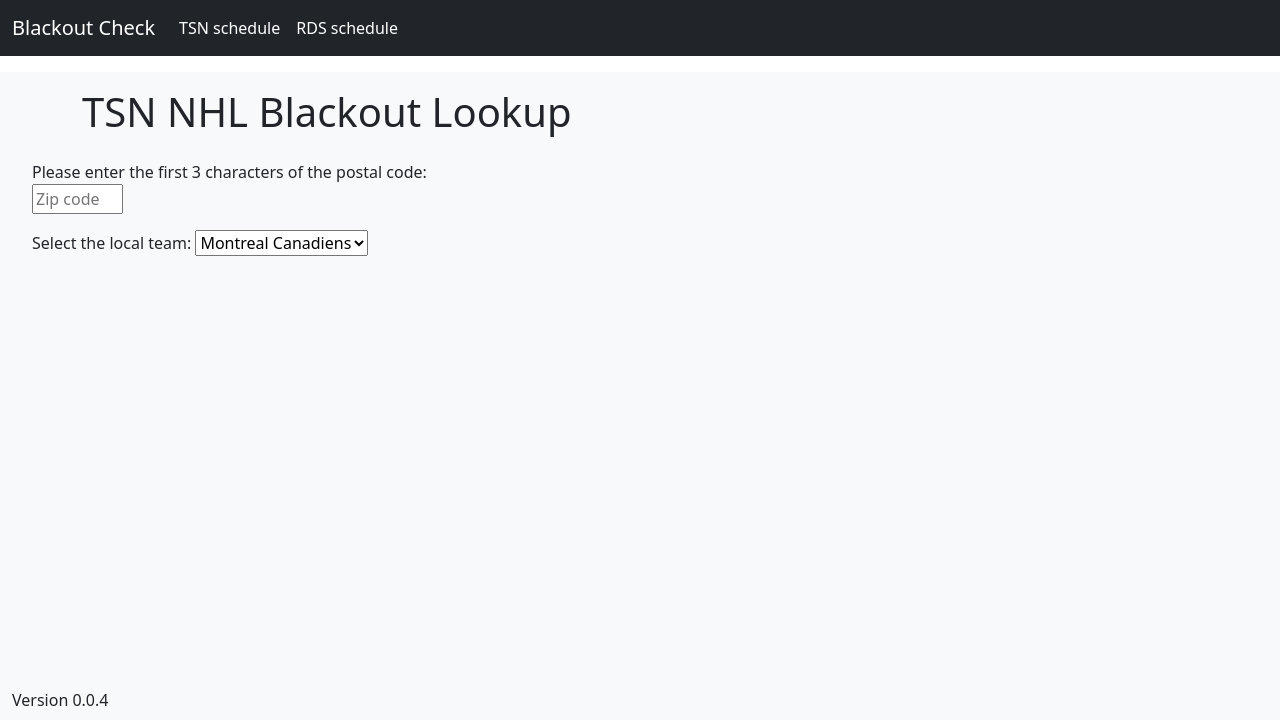
Repository: teban004/blackoutCheck
Page: index.html
An editor plug-in stored every save of this project. The page is shown before and after the next save, followed by the edit.
The browser window is 1280 px wide. The pictures show the whole page.

Above is the page before, as saved 2022-01-14 16:11:14.

### index.html
<!DOCTYPE html>
<html lang="en">
<head>
	<meta charset="UTF-8">
	<meta http-equiv="X-UA-Compatible" content="IE=edge">
	<meta name="viewport" content="width=device-width, initial-scale=1.0">
	<title>Blackout Check</title>
	<!-- favicon -->
	<link rel="icon" href="https://www.tsn.ca/content/dam/sports/images/favicon/tsn/favicon.ico" type="image/x-icon" sizes="16x16 32x32 48x48">
	<!-- CSS Section-->
	<link href="https://cdn.jsdelivr.net/npm/bootstrap@5.1.3/dist/css/bootstrap.min.css" rel="stylesheet" integrity="sha384-1BmE4kWBq78iYhFldvKuhfTAU6auU8tT94WrHftjDbrCEXSU1oBoqyl2QvZ6jIW3" crossorigin="anonymous">

	<link rel="stylesheet" href="https://cdnjs.cloudflare.com/ajax/libs/font-awesome/4.7.0/css/font-awesome.min.css">

	<link rel="stylesheet" href="./Content/app.css">

</head>
<body class="d-flex flex-column">

	<header>
		<nav class="navbar navbar-expand-lg navbar-dark bg-dark">
			<div class="container-fluid">
				<a class="navbar-brand" href="#">Blackout Check</a>
				<button class="navbar-toggler" type="button" data-bs-toggle="collapse" data-bs-target="#navbarSupportedContent" aria-controls="navbarSupportedContent" aria-expanded="false" aria-label="Toggle navigation">
					<span class="navbar-toggler-icon"></span>
				</button>
				<div class="collapse navbar-collapse" id="navbarSupportedContent">
					<ul class="navbar-nav ml-auto mb-2 mb-lg-0">
						<li class="nav-item">
							<a class="nav-link active" aria-current="page" href="https://www.tsn.ca/live/schedule" target="blank">TSN schedule</a>
						</li>
						<li class="nav-item">
							<a class="nav-link active" aria-current="page" href="https://www.rds.ca/emissions/horaire?axisVideoId=68996" target="blank">RDS schedule</a>
						</li>
					</ul>
				</div>
			</div>
		</nav>
	</header>

	<main class="container-fluid flex-fill p-3 my-3 bg-light text-dark">
		<div class="container">
			<h1>TSN NHL Blackout Lookup</h1>
		</div>
		<div class="row">
			<div class="col-md-5">
				<div class="container p-3">
					<p>
						Please enter the first 3 characters of the postal code:
						<input type="text" name="zipCode" id="zipCode" maxlength="3" size="4" placeholder="Zip code">
					</p>
					<p>
						Select the local team:
						<select name="team" id="team">
							<option value="Canadiens">Montreal Canadiens</option>
							<option value="Leafs">Toronto Leafs</option>
							<option value="Senators">Ottawa Senators</option>
							<option value="Jets">Winnipeg Jets</option>
						</select>
					</p>
				</div>
			</div>
			<div class="col-md-8">
				<div id="result"></div>
			</div>
		</div>
	</main>

	<footer>
		<nav class="navbar fixed-bottom navbar-secondary bg-light">
			<div class="container-fluid">
				<h7>Version 0.0.4</h7>
			</div>
		</nav>
	</footer>

	<!-- JavaScript Section-->
	<script src="https://cdn.jsdelivr.net/npm/bootstrap@5.1.3/dist/js/bootstrap.bundle.min.js" integrity="sha384-ka7Sk0Gln4gmtz2MlQnikT1wXgYsOg+OMhuP+IlRH9sENBO0LRn5q+8nbTov4+1p" crossorigin="anonymous"></script>

	<script src="./Scripts/app.js"></script>

</body>
</html>

### Content/app.css
/* custom css goes here */
body {
	min-height:100vh;
 }

 .flex-fill {
	flex:1 1 auto;
 }

### Scripts/app.js
/* custom scripts go here */

(function()
{

	// initialization function. Made it asynchronous so the text files can be loaded asynchronously
	async function Start()
	{
		// sending this message on the console just to know that this file has been loaded correctly and it's executing JavaScript
		console.log("App started...");

		// asynchronous function that loads a text file and returns the content as a string
		async function loadPostalCodes(fileLocation) {
			let response = await fetch(fileLocation);
			if( response.status != 200 ) {
				throw new Error("Couldn't fetch the file: " + fileLocation);
			}
			let retrievedString = await response.text();
			return retrievedString;
		}

		// load the zip codes from the source files
		console.log("Starting to load postal codes...");
		let fileName = "./Content/canadiens.csv";
		let text_data = await loadPostalCodes(fileName);
		let codesCanadiens = text_data.split('\n').map(elem => elem.trim()); // splits the text into array elements and trims each one of the elements
		fileName = "./Content/jets.csv";
		text_data = await loadPostalCodes(fileName);
		let codesJets = text_data.split('\n').map(elem => elem.trim()); // splits the text into array elements and trims each one of the elements
		fileName = "./Content/leafs.csv";
		text_data = await loadPostalCodes(fileName);
		let codesLeafs = text_data.split('\n').map(elem => elem.trim()); // splits the text into array elements and trims each one of the elements
		fileName = "./Content/senators.csv";
		text_data = await loadPostalCodes(fileName);
		let codesSenators = text_data.split('\n').map(elem => elem.trim()); // splits the text into array elements and trims each one of the elements

		console.log("Finished loading postal codes.");

		// function that checks if a zip code is valid or not (only the first 3 digits)
		let validZipCode = function(zipCode) {
			let regex = new RegExp(/^[A-Z]\d[A-Z]$/i);
			if ( zipCode.length == 3 && regex.test(zipCode))
				return true;  // returns true only when the zipCode complies with the regular expression
			else
				return false;
		};

		// function that checks if a zipCode is in blackout or not
		let checkBlackout = function(zipCode, team) {

			// get a reference to the HTML element with id=result
			let result = document.getElementById("result");

			if ( validZipCode(zipCode) ) {
				let textBlocked = "blocked.<br>Due to NHL blackout rules, you are not authorized to view this game in your current location. If you want to view games out of your local region and are a BellTV subscriber, please contact BellTV to subscribe to NHL Centre Ice.</p>";
				let textNotBlocked = "NOT blocked.<br>Check the customer's IP address if they are still unable to view the game. Lookup the IP to make sure that it is within the team's local region.</p>";

				messageTxt = "<p>For zip codes starting with: <b>" + zipCode + "</b></p><p>The <b>" + team + "</b> games are ";

				// check the blackout constraint according to the selected team
				switch( team ) {
					case "Leafs":
						if ( codesLeafs.includes(zipCode) ) {
							result.className = "alert alert-warning";
							messageTxt += textBlocked;
						} else {
							result.className = "alert alert-success";
							messageTxt += textNotBlocked;
						}
						break;
					case "Canadiens":
						if ( codesCanadiens.includes(zipCode) ) {
							result.className = "alert alert-warning";
							messageTxt += textBlocked;
						} else {
							result.className = "alert alert-success";
							messageTxt += textNotBlocked;
						}
						break;
					case "Senators":
						if ( codesSenators.includes(zipCode) ) {
							result.className = "alert alert-warning";
							messageTxt += textBlocked;
						} else {
							result.className = "alert alert-success";
							messageTxt += textNotBlocked;
						}
						break;
					case "Jets":
						if ( codesJets.includes(zipCode) ) {
							result.className = "alert alert-warning";
							messageTxt += textBlocked;
						} else {
							result.className = "alert alert-success";
							messageTxt += textNotBlocked;
						}
						break;
				}
				result.innerHTML = messageTxt;
			}
			else {
				result.className = "alert alert-danger";
				result.innerHTML = "<p>There are no valid zip codes starting with '<b>" + zipCode + "</b>'. Please check and try again providing the first 3 characters of the zip code.</p>";
			}
		}; // end of checkBlackout

		// get a reference to the HTML element with id=zipCode
		let zipCodeTxtField = document.getElementById("zipCode");

		let isZipCodeComplete = function(zipCode) {
			if (zipCode.length >= 3)
				return true;
			else
				return false;
		}

		// add an event listener for every key pressed on the zipCode text field
		zipCodeTxtField.addEventListener("keyup", () => {
			// get the value from the zipCode txt field, and change it to uppercase
			let zipCode = document.getElementById("zipCode").value.toUpperCase();

			if( zipCode.length>2 ) {
				// get a reference to the HTML element with id=team
				let team = document.getElementById("team").value;

				checkBlackout(zipCode, team);
			}
			else {
				// get a reference to the HTML element with id=result
				let result = document.getElementById("result");

				// clear the result box
				result.className = "";
				result.innerHTML = "";
			}
		});

		// get a reference to the HTML element with id=team
		let teamInputSelect = document.getElementById("team");

		// add an event listener for every change on the team select
		teamInputSelect.addEventListener("change", () => {
			// get the value from the zipCode txt field, and change it to uppercase
			let zipCode = document.getElementById("zipCode").value.toUpperCase();

			if( zipCode.length>2 ) {
				// get a reference to the HTML element with id=team
				let team = document.getElementById("team").value;

				checkBlackout(zipCode, team);
			}
		});


	} // end of Start()

	// event listener, when the window has finished loading, it calls the Start function
	window.addEventListener("load", Start)

})();

After the next save:
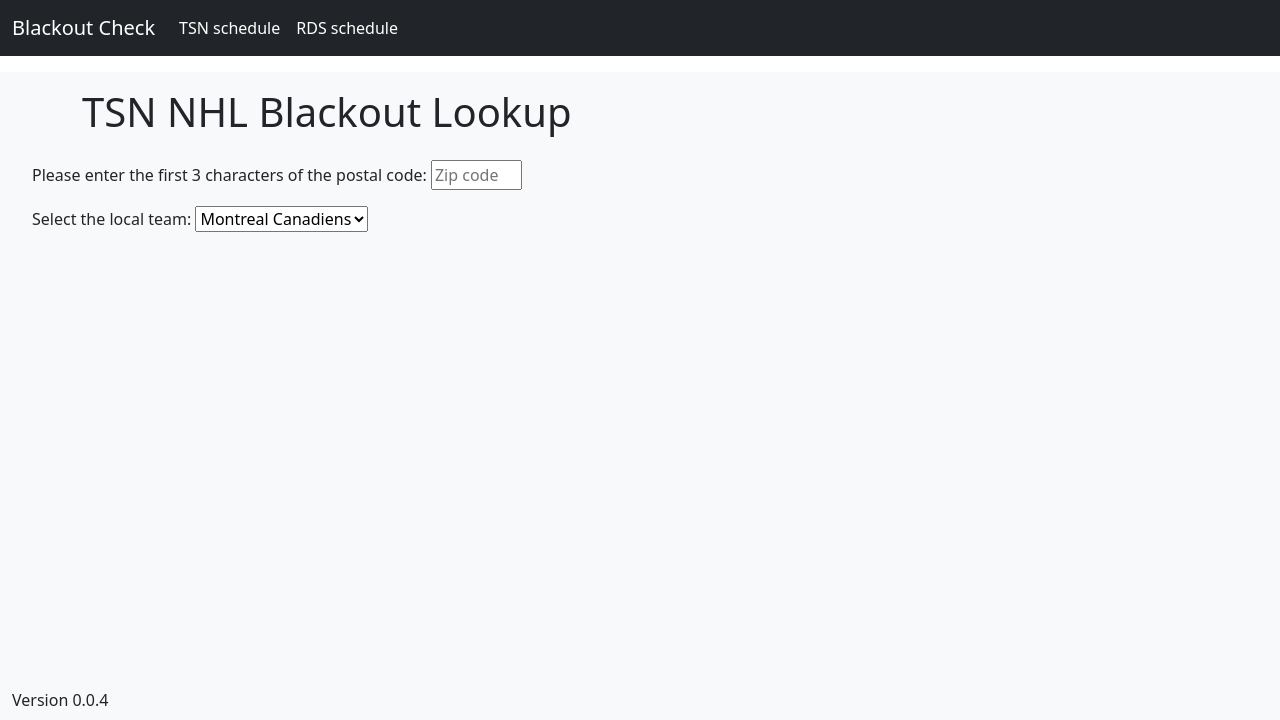
Saved 15 s later.
--- a/index.html
+++ b/index.html
@@ -43,7 +43,7 @@
 			<h1>TSN NHL Blackout Lookup</h1>
 		</div>
 		<div class="row">
-			<div class="col-md-5">
+			<div class="col-md-6">
 				<div class="container p-3">
 					<p>
 						Please enter the first 3 characters of the postal code:
